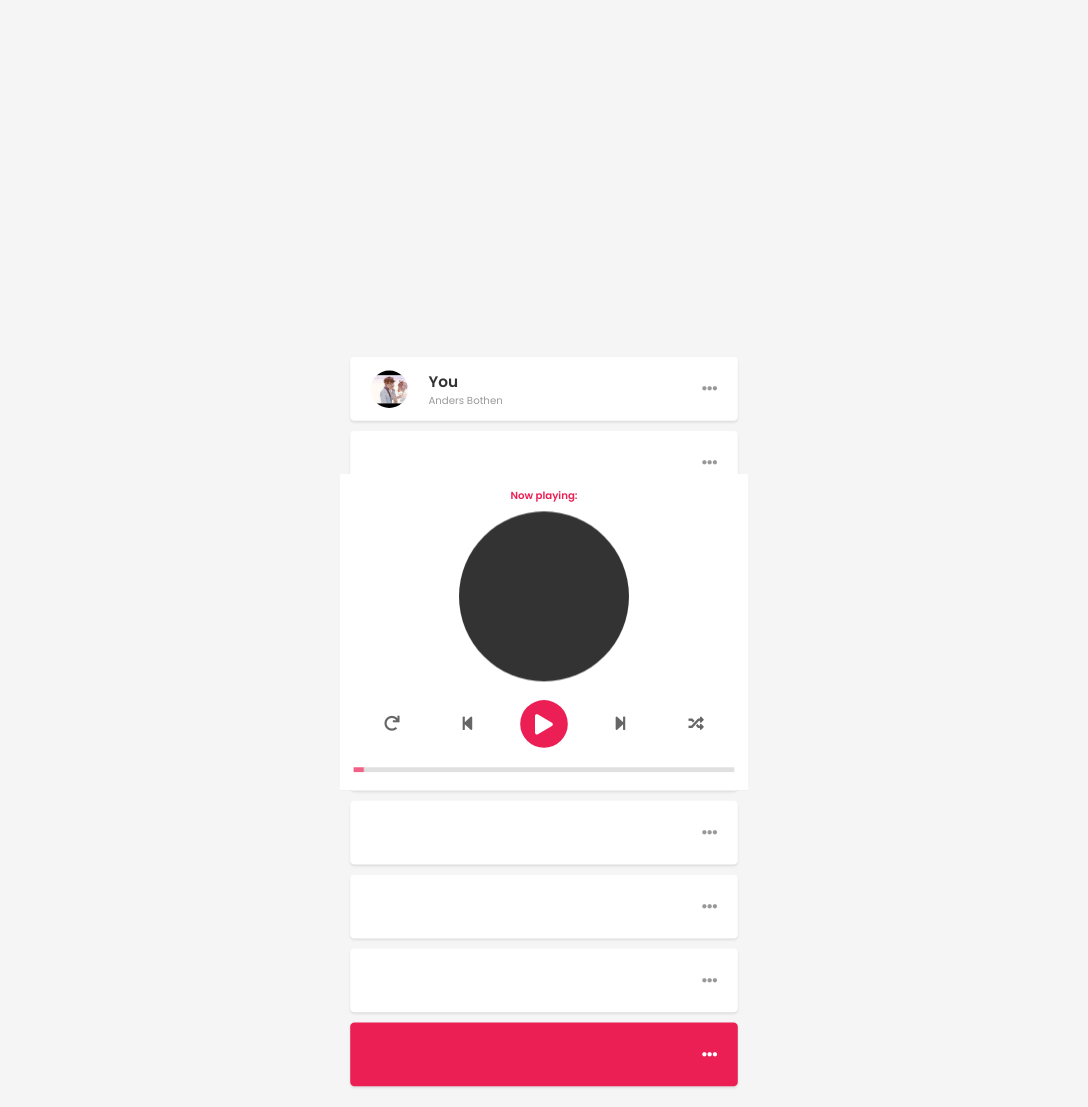
Repository: tongdkhai/Music-Player-
Page: index.html
These files come from the project's save history. The page is drawn as it stood at one moment and after the next save; the edit follows.
The browser window is 1280 px wide. The pictures show the whole page, at 85% of full size.
After loading, the first visible `div.btn-prev` was clicked once.

Above is the page before, as saved 2022-09-26 22:10:06.

### index.html
<!DOCTYPE html>
<html lang="en">
<head>
    <meta charset="UTF-8">
    <meta http-equiv="X-UA-Compatible" content="IE=edge">
    <meta name="viewport" content="width=device-width, initial-scale=1.0">
    <link rel="stylesheet" href="https://cdnjs.cloudflare.com/ajax/libs/font-awesome/5.15.2/css/all.min.css" integrity="sha512-HK5fgLBL+xu6dm/Ii3z4xhlSUyZgTT9tuc/hSrtw6uzJOvgRr2a9jyxxT1ely+B+xFAmJKVSTbpM/CuL7qxO8w==" crossorigin="anonymous" />
    <link rel="preconnect" href="https://fonts.gstatic.com">
    <link href="https://fonts.googleapis.com/css2?family=Poppins:wght@300;400;600&display=swap" rel="stylesheet">
    <link rel="stylesheet" href="./assets/css/style.css">
    <title>Music Player</title>
</head>
<body>
    <div class="player">
  <!-- Dashboard -->
  <div class="dashboard">
    <!-- Header -->
    <header>
      <h4>Now playing:</h4>
      <h2>String 57th & 9th</h2>
    </header>

    <!-- CD -->
    <div class="cd">
      <div class="cd-thumb" style="background-image: url('https://i.ytimg.com/vi/jTLhQf5KJSc/maxresdefault.jpg')">
      </div>
    </div>

    <!-- Control -->
    <div class="control">
      <div class="btn btn-repeat">
        <i class="fas fa-redo"></i>
      </div>
      <div class="btn btn-prev">
        <i class="fas fa-step-backward"></i>
      </div>
      <div class="btn btn-toggle-play">
        <i class="fas fa-pause icon-pause"></i>
        <i class="fas fa-play icon-play"></i>
      </div>
      <div class="btn btn-next">
        <i class="fas fa-step-forward"></i>
      </div>
      <div class="btn btn-random">
        <i class="fas fa-random"></i>
      </div>
    </div>

    <input id="progress" class="progress" type="range" value="0" step="1" min="0" max="100">

    <audio id="audio" src=""></audio>
  </div>

  <!-- Playlist -->
  <div class="playlist">

  </div>
</div>

    <script>
        const $ = document.querySelector.bind(document)
        const $$ = document.querySelectorAll.bind(document)

        const playlist = $('.playlist')

        const heading = $('header h2')
        const cdThumb = $('.cd-thumb')
        const audio = $('#audio')
        const cd = $('.cd')
        const playBtn = $('.btn-toggle-play')
        const player = $('.player')
        const progress = $('#progress')
        const nextBtn = $('.btn-next')
        const prevBtn = $('.btn-prev')
        const randomBtn = $('.btn-random')
        const repeatBtn = $('.btn-repeat')


        const app = {
            currentIndex: 0,
            isPlaying: false,
            isRandom: false,
            isRepeat: false,
            songs: [
            {
                name: 'You',
                singer: 'Anders Bothen',
                path: './assets/path/You_by_Anders_Bothén_feat_Matilda_Gustafsson[YTMp3.watch].mp3',
                image: './assets/image/you.jfif'
            },
            {
                name: '',
                singer: '',
                path: '',
                image: ''
            },
            {
                name: '',
                singer: '',
                path: '',
                image: ''
            },
            {
                name: '',
                singer: '',
                path: '',
                image: ''
            },
            {
                name: '',
                singer: '',
                path: '',
                image: ''
            },
            {
                name: '',
                singer: '',
                path: '',
                image: ''
            },
            {
                name: '',
                singer: '',
                path: '',
                image: ''
            },
            {
                name: '',
                singer: '',
                path: '',
                image: ''
            },
            {
                name: '',
                singer: '',
                path: '',
                image: ''
            },
            {
                name: '',
                singer: '',
                path: '',
                image: ''
            }
        ],
            render: function() {
                const htmls = this.songs.map((song, index) => {
                    return `
                    <div class="song ${index === this.currentIndex ? 'active' : ''}">
                        <div class="thumb" style="background-image: url('${song.image}')">
                        </div>
                        <div class="body">
                            <h3 class="title">${song.name}</h3>
                            <p class="author">${song.singer}</p>
                        </div>
                        <div class="option">
                            <i class="fas fa-ellipsis-h"></i>
                        </div>
                    </div>
                    `
                })
                playlist.innerHTML = htmls.join('')
            },
            defineProperties: function () {
                Object.defineProperty(this, 'currentSong', {
                    get: function () {
                        return this.songs[this.currentIndex]
                    }
                })
            },
            handleEvents: function () {
                //Xử lí cd quay/dừng
                const cdThumbAnimate = cdThumb.animate([
                    {transform: 'rotate(360deg)'}
                ], {
                    duration: 10000, //10000ms = 10s
                    iterations: Infinity
                })
                cdThumbAnimate.pause()



                // Xử lí phóng to thu nhỏ cd
                const cdWidth = cd.offsetWidth
                document.onscroll = function () {
                    const scrollTop = window.scrollY || document.documentElement.scrollTop
                    const newCdWidth = cdWidth - scrollTop
                    cd.style.width = newCdWidth > 0 ? newCdWidth + 'px' : 0
                    cd.style.opacity = newCdWidth / cdWidth
                }
                // Xử lí khi click play
                playBtn.onclick = function () {

                    if(app.isPlaying) {
                        audio.pause()
                    } else {
                        audio.play()
                    }

                }

                // Khi bài hát được play
                audio.onplay = function () {
                    player.classList.add('playing')
                    app.isPlaying = true
                    cdThumbAnimate.play()
                }

                // Khi bài hát bị pause
                audio.onpause = function () {
                    player.classList.remove('playing')
                    app.isPlaying = false
                    cdThumbAnimate.pause()
                }

                // Khi tiến độ bài hát hay đổi
                audio.ontimeupdate = function () {
                    if(audio.duration) {
                        const progressPercent = Math.floor((audio.currentTime / audio.duration) * 100)
                        progress.value = progressPercent
                    }
                }

                // Xử lí khi tua bài hát
                progress.onchange = function (e) {
                    const seekTime = (e.target.value / 100) * audio.duration
                    audio.currentTime = seekTime
                }

                //Khi next bài hát
                nextBtn.onclick = function () {
                    if (app.isRandom) {
                        app.playRandomSong()
                    } else {

                        app.nextSong()
                    }
                    audio.play()
                    app.render()
                    app.scrollToActiveSong()
                }

                //Khi prev bài hát
                prevBtn.onclick = function () {
                    if (app.isRandom) {
                        app.playRandomSong()
                    } else {
                    app.prevSong()
                    }
                    audio.play()
                    app.render()
                    app.scrollToActiveSong()
                }


                // Khi random bài hát
                randomBtn.onclick = function () {
                    app.isRandom = !app.isRandom
                    randomBtn.classList.toggle('active', app.isRandom)
                }


                // Xử lí next song khi audio end
                audio.onended = function () {
                    if (app.isRepeat) {
                        audio.play()
                    } else {
                        nextBtn.click()
                    }
                }

                // Khi nhấn vào nút repeat
                repeatBtn.onclick = function () {
                    app.isRepeat = !app.isRepeat
                    repeatBtn.classList.toggle('active', app.isRepeat)
                }
            },
            loadCurrentSong: function () {

                heading.textContent = this.currentSong.name
                cdThumb.style.backgroundImage = `url('${this.currentSong.image}')`
                audio.src = this.currentSong.path

            },
            nextSong: function () {
                this.currentIndex ++;
                if(this.currentIndex >= this.songs.length) {
                    this.currentIndex = 0
                }
                this.loadCurrentSong()
            },
            prevSong: function () {
                this.currentIndex --;
                if(this.currentIndex <0) {
                    this.currentIndex = this.songs.length - 1
                }
                this.loadCurrentSong()
            },
            playRandomSong: function () {
                let newIndex
                do {
                    newIndex = Math.floor(Math.random() * this.songs.length)
                } while (newIndex === this.currentIndex)

                this.currentIndex = newIndex
                this.loadCurrentSong()
            },
            scrollToActiveSong: function () {
                setTimeout(function() {
                    $('.song.active').scrollIntoView({
                        behavior: 'smooth',
                        block: 'nearest'
                    })
                }, 200)

            },
            start: function() {
                //Xử lí các sự kiện event trong DOM
                this.handleEvents()

                // Định nghĩa các thuộc tính cho object
                this.defineProperties()

                // Tải bài hát đầu tiên vào UI khi chạy ứng dụng
                this.loadCurrentSong()

                // render lại playlist
                this.render()
            }
        }

        app.start()

    </script>
</body>
</html>

### assets/css/style.css
:root {
  --primary-color: #ec1f55;
  --text-color: #333;
}

* {
  padding: 0;
  margin: 0;
  box-sizing: inherit;
}

body {
  background-color: #f5f5f5;
}

html {
  box-sizing: border-box;
  font-family: "Poppins", sans-serif;
}

.player {
  position: relative;
  max-width: 480px;
  margin: 0 auto;
}

.player .icon-pause {
  display: none;
}

.player.playing .icon-pause {
  display: inline-block;
}

.player.playing .icon-play {
  display: none;
}

.dashboard {
  padding: 16px 16px 14px;
  background-color: #fff;
  position: fixed;
  top: 0;
  width: 100%;
  max-width: 480px;
  border-bottom: 1px solid #ebebeb;
}

/* HEADER */
header {
  text-align: center;
  margin-bottom: 10px;
}

header h4 {
  color: var(--primary-color);
  font-size: 12px;
}

header h2 {
  color: var(--text-color);
  font-size: 20px;
}

/* CD */
.cd {
  display: flex;
  margin: auto;
  width: 200px;
}

.cd-thumb {
  width: 100%;
  padding-top: 100%;
  border-radius: 50%;
  background-color: #333;
  background-size: cover;
  margin: auto;
}

/* CONTROL */
.control {
  display: flex;
  align-items: center;
  justify-content: space-around;
  padding: 18px 0 8px 0;
}

.control .btn {
  color: #666;
  padding: 18px;
  font-size: 18px;
}

.control .btn.active {
  color: var(--primary-color);
}

.control .btn-toggle-play {
  width: 56px;
  height: 56px;
  border-radius: 50%;
  font-size: 24px;
  color: #fff;
  display: flex;
  align-items: center;
  justify-content: center;
  background-color: var(--primary-color);
}

.progress {
  width: 100%;
  -webkit-appearance: none;
  height: 6px;
  background: #d3d3d3;
  outline: none;
  opacity: 0.7;
  -webkit-transition: 0.2s;
  transition: opacity 0.2s;
}

.progress::-webkit-slider-thumb {
  -webkit-appearance: none;
  appearance: none;
  width: 12px;
  height: 6px;
  background-color: var(--primary-color);
  cursor: pointer;
}

/* PLAYLIST */
.playlist {
  margin-top: 408px;
  padding: 12px;
}

.song {
  display: flex;
  align-items: center;
  margin-bottom: 12px;
  background-color: #fff;
  padding: 8px 16px;
  border-radius: 5px;
  box-shadow: 0 2px 3px rgba(0, 0, 0, 0.1);
}

.song.active {
  background-color: var(--primary-color);
}

.song:active {
  opacity: 0.8;
}

.song.active .option,
.song.active .author,
.song.active .title {
  color: #fff;
}

.song .thumb {
  width: 44px;
  height: 44px;
  border-radius: 50%;
  background-size: cover;
  margin: 0 8px;
}

.song .body {
  flex: 1;
  padding: 0 16px;
}

.song .title {
  font-size: 18px;
  color: var(--text-color);
}

.song .author {
  font-size: 12px;
  color: #999;
}

.song .option {
  padding: 16px 8px;
  color: #999;
  font-size: 18px;
}

After the next save:
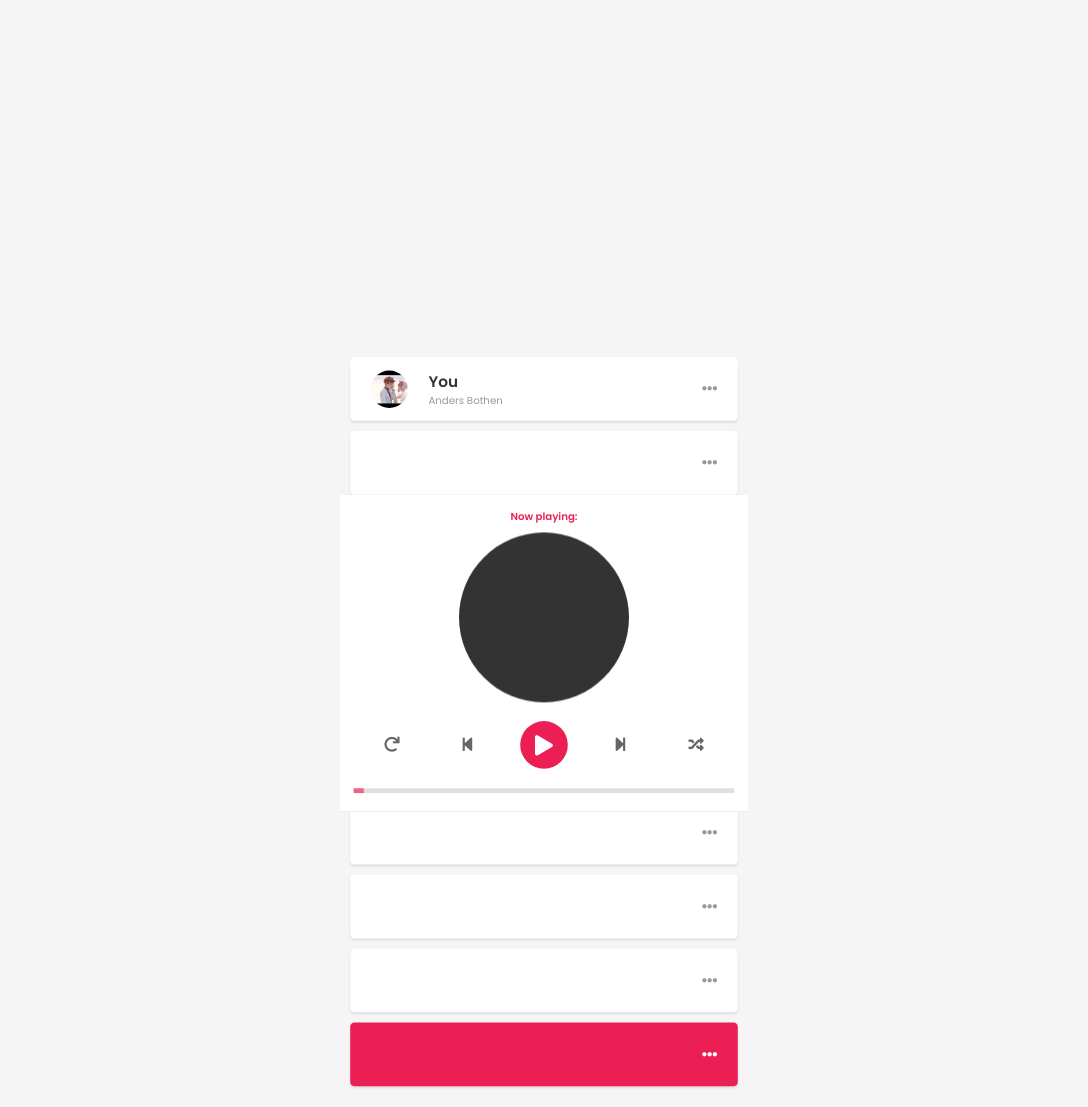
Saved 3 min 54 s later.
--- a/index.html
+++ b/index.html
@@ -307,10 +307,17 @@
             },
             scrollToActiveSong: function () {
                 setTimeout(function() {
-                    $('.song.active').scrollIntoView({
-                        behavior: 'smooth',
-                        block: 'nearest'
-                    })
+                    if (0 <= this.currentIndex <=3) {
+                        $('.song.active').scrollIntoView({
+                            behavior: 'smooth',
+                            block: 'center'
+                        })
+                    } else {
+                        $('.song.active').scrollIntoView({
+                            behavior: 'smooth',
+                            block: 'nearest'
+                        })
+                    }
                 }, 200)
 
             },
